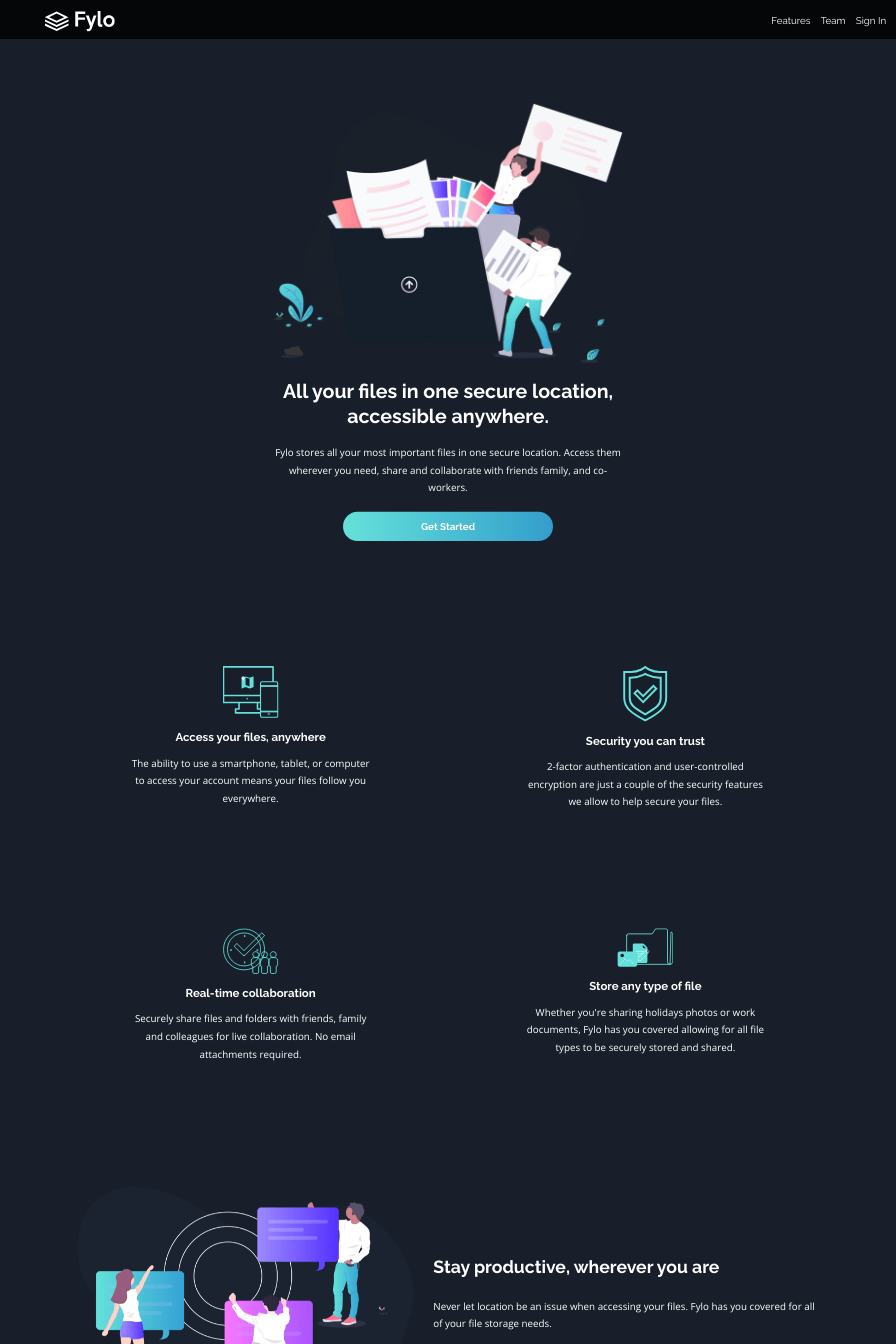
Repository: Pedrohamoura-Git/fylo-landing-page
Page: index.html
The author's editor kept a copy of each file at every save. The page is drawn from the files as they stood at one save, then again after the next save.
The browser window is 1280 px wide. The pictures show the part of the page from y = 0 to 1920 px (the page is 3374 px tall before and 3346 px after), at 70% of full size.

Above is the page before, as saved 2021-07-12 08:34:32.

After the next save:
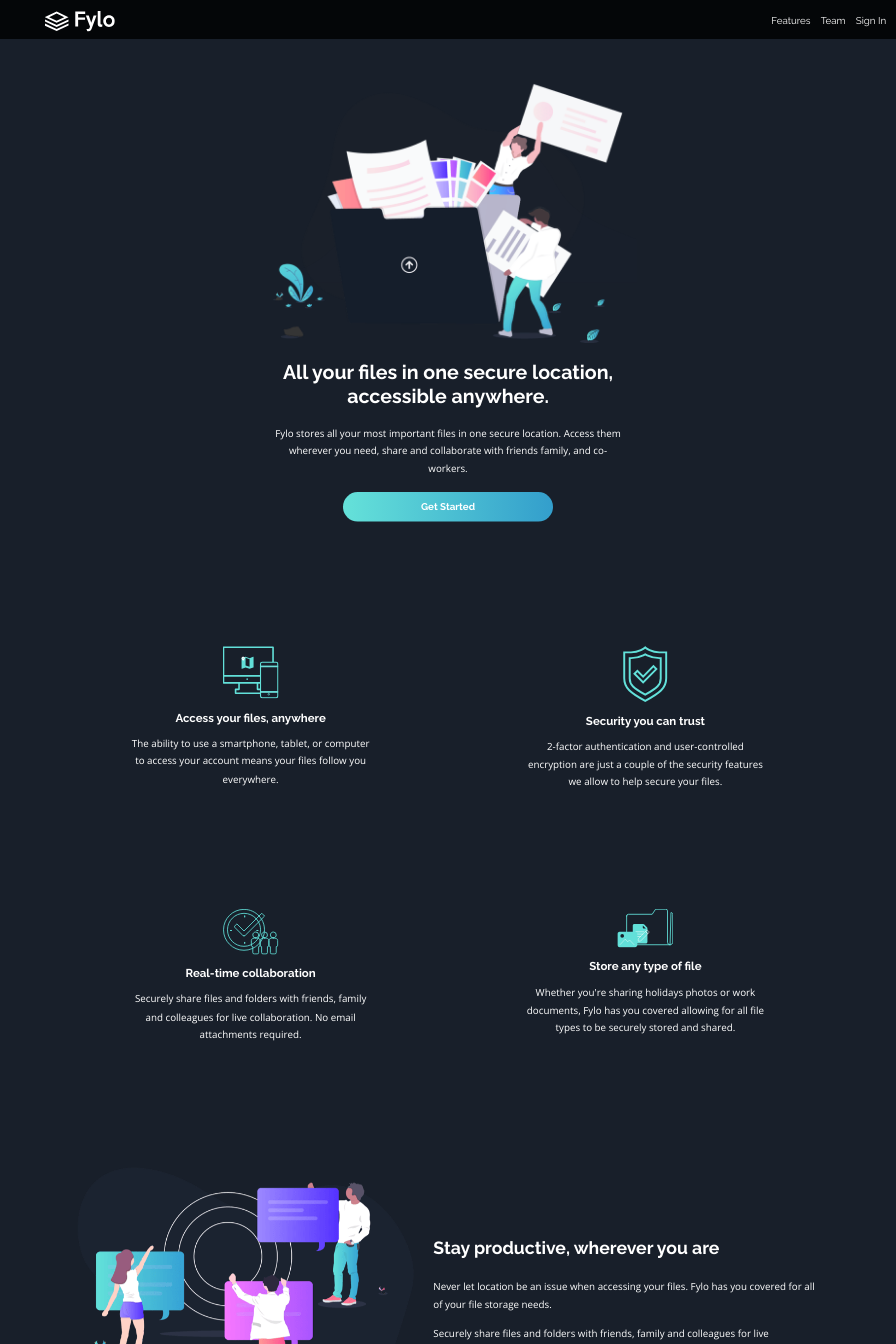
Saved 6 s later.
--- a/css/style.css
+++ b/css/style.css
@@ -532,7 +532,7 @@
 
 @media (min-width: 900px) {
     #intro img {
-        margin-top: 4rem;
+        margin-top: 3rem;
         width: 100%;
         max-width: 500px;
     }
